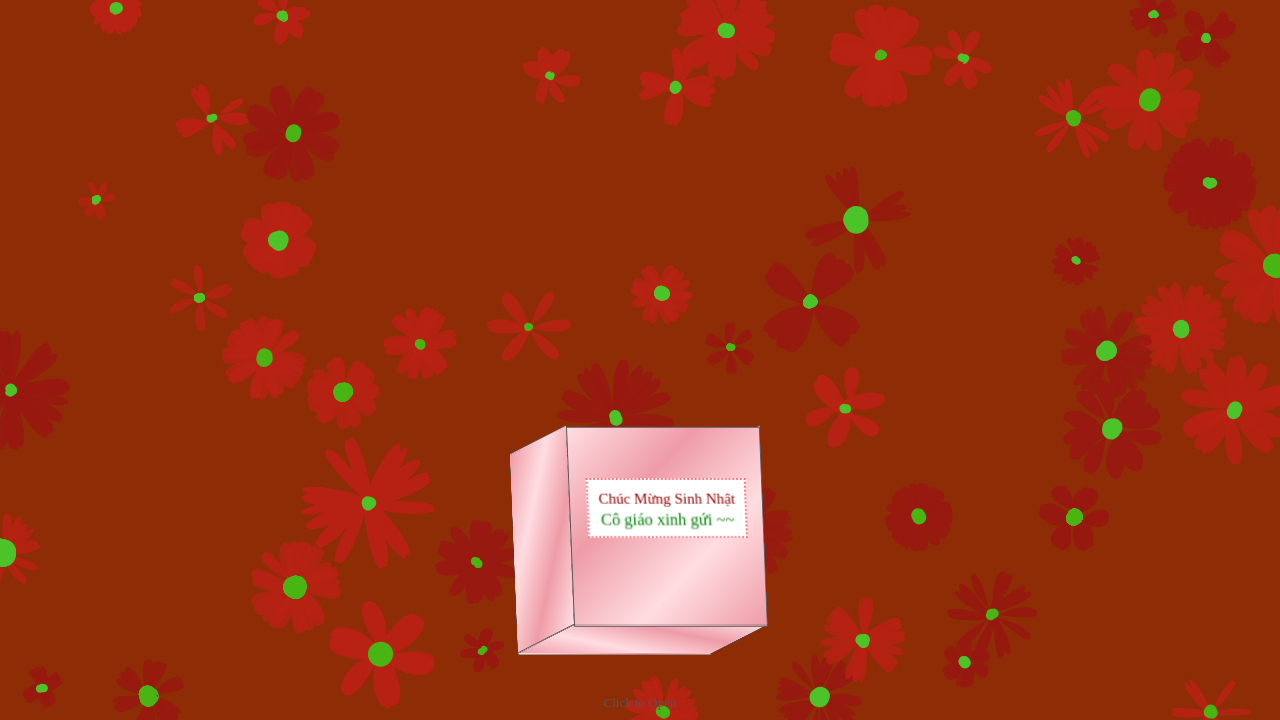
Repository: longhuu2204/click-me
Page: index.html
The author's editor kept a copy of each file at every save. The page is drawn from the files as they stood at one save, then again after the next save.
The browser window is 1280 px wide. The pictures show the whole page.

Above is the page before, as saved 2023-03-10 23:42:13.

### index.html
<html lang="en">
  <head>
    <meta charset="UTF-8" />
    <meta http-equiv="X-UA-Compatible" content="IE=edge" />
    <meta name="viewport" content="width=device-width, initial-scale=1.0" />
    <title>Document</title>
    <link rel="stylesheet" href="canvas.css" />
    <link rel="stylesheet" href="present.css" />
    <link rel="stylesheet" href="card.css" />
    <link rel="stylesheet" href="index.css" />
    <script src="jquery.js"></script>
  </head>
  <body>
    <div class="parent">
      <canvas id="canvas"></canvas>
      <section class="above-fold">
        <div class="wrap-present">
          <div class="present-box" id="present">
            <div class="present">
              <div class="img-wrap" id="present-image"></div>
            </div>
            <div class="side front"></div>
            <div class="side back"></div>
            <div class="side left"></div>
            <div class="side right"></div>
            <div class="side top">
              <span class="to">
                <span class="name" id="nametag"> </span>
              </span>
            </div>
            <div class="side bottom"></div>
          </div>
        </div>
        <p class="info-text">Click to Open</p>
      </section>

      <div id="card">
        <h4 class="title-card">💘little coder💘</h4>

        <img src="Nga3.jpeg" class="honey" />

        <h4 class="content-card">
          Happy Birthday Make A Wish. Dear brother, hope you receive everything
          you wish for this year. You deserve the best! Thanks for being such a
          great brother.💘
        </h4>
      </div>
    </div>
    <audio autoplay loop id="playAudio">
      <source src="nhacnen.mp3" />
    </audio>
  </body>
  <script src="config.js"></script>
  <script src="canvas.js"></script>
  <script src="present.js"></script>
  <script></script>
</html>

### present.css
html,
body {
  margin: 0;
}

.above-fold {
  height: 100vh;
  width: 100vw;
  padding: 0;
  margin: 0;
  perspective: 800px;
  perspective-origin: 50% 200px;
  display: flex;
  flex-wrap: wrap;
  position: relative;
}
.above-fold .info-text {
  width: 100%;
  display: block;
  text-align: center;
  margin: 0;
  padding: 0;
  color: #555;
  font-family: "Avenir";
  font-weight: 100;
  font-size: 13px;
  height: 25px;
  align-self: flex-end;
}

.wrap-present {
  width: 100%;
  display: flex;
  align-self: flex-end;
  position: absolute;
  transform: translate(0, -80px);
}

.present-box {
  transform-style: preserve-3d;
  width: 200px;
  height: 200px;
  margin: auto;
  -webkit-animation: rotate 11s alternate linear infinite;
  animation: rotate 11s alternate linear infinite;
  cursor: pointer;
}
.present-box:hover {
  -webkit-animation: staticFront 700ms ease forwards;
  animation: staticFront 700ms ease forwards;
}
.present-box.open {
  /*&>.side.top{
        opacity: .2;
    }*/
  -webkit-animation: zoomIn 1s ease-in forwards;
  animation: zoomIn 1s ease-in forwards;
  transform: rotateX(-103deg) rotateY(-180deg);
  transition: transform 400ms;
}
.present-box.open .present {
  pointer-events: auto;
  visibility: visible;
}
.present-box.open .present .img-wrap {
  opacity: 1;
  transition: transform 600ms 800ms, opacity 800ms 200ms;
  transform: translateZ(0px);
}
.present-box.open > .side {
  opacity: 0.3;
  transition: opacity 500ms 600ms;
}
.present-box.open > .side.back {
  opacity: 0.7;
  transform: translateZ(-101px) rotateY(180deg);
}
.present-box.open > .side.front {
  transition: transform 800ms 0s, opacity 500ms 600ms, width 600ms 600ms;
  transform: translateZ(100px) rotateY(190deg) translateX(0px);
  transform-origin: 0% 0%;
  opacity: 0.3;
  width: 0;
}

.present-box .present {
  position: absolute;
  width: 200px;
  height: 200px;
  z-index: 50;
  transform: rotateY(-180deg) rotateX(180deg) translateZ(-100px);
  display: flex;
  perspective: 600px;
  pointer-events: none;
  visibility: hidden;
}
.present-box .present > .img-wrap {
  width: 200px;
  align-self: center;
  transition: transform 400ms;
  opacity: 0;
  transform: translateZ(-80px);
}
.present-box .present > .img-wrap a {
  transition: transform 300ms;
  position: relative;
  display: block;
  transform: scale(0.94);
}
.present-box .present > .img-wrap a:hover {
  transform: scale(1);
}
.present-box .present > .img-wrap img {
  max-width: 95%;
  height: 95%;
  margin-top: 0.5%;
  margin-left: 1.75%;
}

.present-box > .side {
  width: 200px;
  height: 200px;
  position: absolute;
  display: block;
  border: #555 solid 1px;
  background: repeating-linear-gradient(
    45deg,
    #ee9ca7,
    #ffdde1,
    #ee9ca7,
    #ffdde1
  );
  top: 0;
  left: 0;
  transition: transform 400ms;
}
.present-box > .side.back {
  transform: translateZ(-100px) rotateY(180deg);
}
.present-box > .side.right {
  transform: rotateY(-270deg) translateX(100px);
  transform-origin: top right;
}
.present-box > .side.left {
  transform: rotateY(270deg) translateX(-100px);
  transform-origin: center left;
}
.present-box > .side.top {
  transform: rotateX(-90deg) translateY(-100px);
  transform-origin: top center;
  transform-style: preserve-3d;
  perspective: 100px;
  text-align: center;
}
.present-box > .side.top .to {
  display: inline-block;
  font-family: cursive;
  position: relative;
  padding: 10px 10px 30px 10px;
  border: 5px dotted #ff6666;
  border-width: 2px;
  background: #fff;
  margin: auto;
  transform: translateZ(-2px) translateY(50px);
}
.present-box > .side.top .to:after {
  content: attr(data-before);
  display: inline-block;
  transform: rotateY(180deg);
  color: #990000;
}
.present-box > .side.top .to .name {
  display: block;
  position: absolute;
  transform: translateY(20px) rotateY(180deg) translateX(10px);
  text-align: center;
  width: 100%;
  font-size: 1.1rem;
  color: green;
}
.present-box > .side.bottom {
  transform: rotateX(90deg) translateY(100px);
  transform-origin: bottom center;
}
.present-box > .side.front {
  transform: translateZ(100px);
}

@-webkit-keyframes rotate {
  100% {
    transform: rotateY(-360deg) rotateX(180deg);
  }
}

@keyframes rotate {
  100% {
    transform: rotateY(-360deg) rotateX(180deg);
  }
}
@-webkit-keyframes staticFront {
  100% {
    transform: rotateX(-100deg) rotateY(-180deg);
  }
}
@keyframes staticFront {
  100% {
    transform: rotateX(-100deg) rotateY(-180deg);
  }
}
@-webkit-keyframes zoomIn {
  50% {
    transform: rotateX(-143deg) rotateY(-180deg) translateZ(-15px);
  }
  100% {
    transform: rotateX(-167deg) rotateY(-180deg) translateZ(-15px) scale(1.2);
  }
}
@keyframes zoomIn {
  50% {
    transform: rotateX(-143deg) rotateY(-180deg) translateZ(-15px);
  }
  100% {
    transform: rotateX(-167deg) rotateY(-180deg) translateZ(-15px) scale(1.2);
  }
}

### card.css
#card {
  margin: 4%;
  position: absolute;
  height: auto;
  width: 350px;
  border-radius: 10px;
  background-color: white;
  background-image: url("https://image.freepik.com/free-vector/open-gift-box-with-heart-shape-confetti-burst-explosion-3d-valentines-day-romantic-gift_165143-438.jpg");
  background-size: 50vh, 70vh;
  box-shadow: 0px 0px 20px red;
  transform: rotate(5deg);
  top: 0px;
  opacity: 0;
  left: -200%;
}

.honey {
  margin: auto;
  padding: 5%;
  display: block;
  border-radius: 50%;
  box-shadow: 0 4px 8px 0 red;
  width: 100px;
  height: 100px;
  object-fit: cover;
}

h4 {
  text-align: center;
  -webkit-text-fill-color: rgba(0, 200, 200, 0.1);
  -webkit-background-clip: text;
  background-image: url("https://i.pinimg.com/originals/20/21/7f/20217f7fa2c9701b8128d8fb153a4db9.gif");
  font-family: "Allura", cursive;
  padding: -2%;
  font-size: 19px;
  overflow: hidden;
}

.card-show {
  opacity: 1 !important;
  left: 0 !important;
  transition: all 3s;
}

### config.js
const nameGirl = 'Cô giáo xinh gứi ~~';
const giftUrl = '';
const eventName = 'Chúc Mừng Sinh Nhật';
const titleCard = 'Tặng bạn Nga';
const contentCard = 'Chúc Nga sinh nhật tràn ngập niềm vui và những nụ cười. Mong mọi điều đẹp nhất sẽ đến với Nga trong hôm nay và cả mãi về sau ~~';

// phần dưới dành cho các bạn biết code, nếu muốn chỉnh ảnh đơn giản với base64
// Cần hỗ trợ hãy liên hệ:
// Mr-Nam http://facebook.com/nam.nodemy
// Các bạn muốn học lập trình thì tham gia Nhóm zalo tự học lập trình nhé: https://zalo.me/g/yhdkef092
const giftImage = 'Nga4.jpg';
const base64 = '';
const giftImageBase64 = "data:[embedded picture, 23 characters]" + base64;

### canvas.js
(function () {

    function playMusic(){
      var myAudio = document.getElementById('playAudio');
      if (myAudio.duration > 0 && !myAudio.paused) {
          //Its playing...do your job

      } else {
        myAudio.play()
        //Not playing...maybe paused, stopped or never played.

      }
    }

    //fields
    var canvas = document.getElementById("canvas");
    var body = document.getElementsByTagName("body")[0];
    var positions = []
    var ctx = canvas.getContext("2d");
    const MINPETAL = 5
    const MAXPETAL = 13
    var pistilC, petalC, pistilC2, petalC2

    /*Initialize flowers*/
    body.addEventListener("click",function(ev){
      drawFlowers()
      playMusic()
    })
    window.onload = drawFlowers
    window.onresize = drawFlowers


    /*Flower flunctions*/
    function drawFlowers() {
      scaleCanvas()
      //background color
      ctx.clearRect(0, 0, canvas.width, canvas.height)
      positions = []
      body.style.filter = chance(.12)?`grayscale(${getRandomInt(0,80)}%)`:""
      let mode = pick(["daisies", "multi", "quad", "roses", "crosshatch", "blueYellow", "greenRed"])
      let bg = new randomColor(minSat=50)
      if(mode=="daisies") bg.l = getRandomInt(0,50)
      canvas.style.backgroundColor = bg.hsl()

      //themes hsl=pistil color hsl2=petal color
      var colorz = {
      "daisies":{h2:12,s2:38,l2:97,h:45,s:92,l:52,vary:20,mix:false},
      "roses":{h:1,s:91,l:46,h2:1,s2:91,l2:30,vary:20,mix:true},
      "crosshatch":{h:1,s:91,l:46,vary:80,mix:true},/*only defines one varying pistil color*/
      "greenRed":{h:102,s:72,l:27,h2:348,s2:89,l2:42,vary:20,mix:false},
      "blueYellow":{h:45,s:99,l:50,h2:240,s2:67,l2:58,vary:10,mix:false},
      }
      //drawing options
      var opt = {
        mode:mode,
        spaceAround:chance(),
        allowLarge:chance(),
        padding:getRandomInt(1,4),
        innerDetails:chance(),
        petalIterations:4,
        minOpacity:getRandomFloat(.5,.9),
        invertColors: chance(.25)
      }

      //assign colors
      let colorOpt = colorz[mode]
      let colors =  getThemeColors(colorOpt) /*pistil color at index 0, petal color at index 1*/

      if(opt.invertColors){
        petalC = colors[0].hsl()
        pistilC = colors[1].hsl()
      } else {
        petalC = colors[1].hsl()
        pistilC = colors[0].hsl()
      }
      colors = getThemeColors(colorOpt)
      if(opt.invertColors){
        petalC2 = colors[0].hsl()
        pistilC2 = colors[1].hsl()
      } else {
        if(colorOpt&&colorOpt.mix){/*switching petals and pistil color*/
          petalC2 = colors[0].hsl()
          pistilC2 = colors[1].hsl()
        } else {
          petalC2 =colors[1].hsl()
          pistilC2 =colors[0].hsl()
        }
      }

      //draw the flowers
      let numFlower = mode=="multi"?getRandomInt(50,1000) : getRandomInt(40,250)
      for(let i=0; i<numFlower; i++){
        if(mode=="multi") {
          pistilC = new randomColor(minSat=50).hsl()
          petalC = new randomColor(minSat=50).hsl()
          pistilC2 = new randomColor(minSat=50).hsl()
          petalC2 = new randomColor(minSat=50).hsl()
        }
        drawFlower(opt)
      }
    }

    function drawFlower(opt) {

      let f = new Flower(opt);
      if(!f) return false;
      positions.push(new Point(f.x, f.y))
      ctx.save();
      ctx.globalAlpha = f.opacity
      ctx.lineWidth = f.lw;
      ctx.translate(f.x, f.y);
      ctx.rotate(f.rad);
      ctx.translate(-f.x, -f.y);

      ctx.fillStyle = chance()?petalC2:petalC
      ctx.strokeStyle = ctx.fillStyle

      //petals
      for (let i = 0; i < f.petals; i++) {
        ctx.translate(f.x, f.y);
        ctx.rotate((f.rotate * Math.PI) / 180);
        ctx.translate(-f.x, -f.y);
        ctx.beginPath();
        ctx.moveTo(f.x, f.y-f.shiftOut);

        for (let j = 0; j < opt.petalIterations; j++) {
          let sp1 = f.r*f.petalSpread1
          let len1 = f.r*f.petalLength1
          let sp2 = f.r*f.petalSpread2
          let len2 = f.r*f.petalLength2
          let endX = f.petalBase
          let endY = f.shiftOut
          ctx.translate(f.x, f.y);
          if(j%2==0){/*symmetric rotations for more symmetric petals, rando for some irregularity*/
             ctx.rotate((j*(360/opt.petalIterations) * Math.PI) / 180);
          } else {
             ctx.rotate((j*(getRandomInt(1,4)) * Math.PI) / 180);
          }

          ctx.translate(-f.x, -f.y);
          ctx.bezierCurveTo(f.x-sp1,/*control point #1 'upper left'*/
                            f.y-len1,
                            f.x+sp2,/*control point #2 'upper right'*/
                            f.y-len2,
                            f.x+endX,/*ending point*/
                            f.y-endY)
          if(opt.innerDetails) ctx.quadraticCurveTo(
                            f.x,/*control point*/
                            f.y+f.r,
                            f.x+getRandomInt(0,5),/*ending point*/
                            f.y)
        }

        ctx.fill();
        ctx.closePath();
        ctx.beginPath()

      }
      //pistil
       for (let j = 0; j < 3; j++) {
        ctx.arc(f.x+getRandomFloat(-2,2), f.y+getRandomFloat(-2,2), (f.r/f.centerDivisor), 0, 360)
       }

      ctx.strokeStyle = petalC;
      ctx.fillStyle = opt.mode!="crosshatch"&&opt.mode!="daisies" ? (chance()?pistilC2:pistilC) : pistilC;
      ctx.globalAlpha = 1;
      ctx.fill();
      ctx.restore();
    }

    function Flower(opt) {

      this.r = opt.allowLarge && chance(.05)? getRandomInt(50,150) : getRandomInt(20,50)
      this.x = getRandomInt(0, canvas.width)
      this.y = getRandomInt(0, canvas.height)

      if(opt.spaceAround&&positions.some(pos=>{
        let d =  distance(new Point(this.x,this.y), new Point(pos.x,pos.y))
        return d<this.r*opt.padding
      })) {
        return false;
      }

      this.lw = 4;
      this.angle = getRandomInt(0, 360)
      this.rad = (this.angle * Math.PI) / 180
      this.opacity = getRandomFloat(opt.minOpacity,1)
      this.petals = this.r <= 40 ? getRandomInt(3,9) : getRandomInt(MINPETAL,MAXPETAL)
      this.shiftOut = getRandomFloat(0,this.r/3)
      this.petalBase = getRandomInt(0,5);//getRandomInt(0,this.r<25?5:10)
      this.centerDivisor = getRandomFloat(3,9)
      this.petalSpread1 = getRandomFloat(.3,this.petals<=7?.7:.5)
      this.petalLength1 = getRandomFloat(.9,2)
      this.petalSpread2 = getRandomFloat(this.petalSpread1-.2,this.petalSpread1+.2);
      this.petalLength2 = getRandomFloat(.9,2)
      this.rotate = Math.floor(360/this.petals);
    }

    function getThemeColors(opt){
      let dPetal = new randomColor()
      let dPistil = new randomColor()
      if(!opt) return [dPistil, dPetal]
      if(opt.h) dPetal.h = opt.h + getRandomInt(-opt.vary,opt.vary)
      if(opt.s) dPetal.s = opt.s + getRandomInt(-opt.vary,opt.vary)
      if(opt.l) dPetal.l = opt.l + getRandomInt(-opt.vary,opt.vary)
      if(opt.h2) dPistil.h = opt.h2 + getRandomInt(-opt.vary,opt.vary)
      if(opt.s2) dPistil.s = opt.s2 + getRandomInt(-opt.vary,opt.vary)
      if(opt.l2) dPistil.l = opt.l2 + getRandomInt(-opt.vary,opt.vary)
      return [dPetal, dPistil]
    }


  /*utility*/
  function scaleCanvas(){
    var w = Math.max(document.documentElement.clientWidth, window.innerWidth);
    var h = Math.max(document.documentElement.clientHeight, window.innerHeight);
    console.log(`width:${w},height:${h}`)
    canvas.style.width = w + "px";
    canvas.style.height = h + "px";
    var scale = 1;//window.devicePixelRatio;

    canvas.width = Math.floor(w * scale);
    canvas.height = Math.floor(h * scale);
    ctx.scale(scale, scale);
  }
  function distance(p1, p2) {
    return Math.floor(Math.sqrt(Math.pow(p1.x-p2.x,2) + Math.pow(p1.y - p2.y,2)))
  }
  function randomColor(minSat = 0, maxSat=100, minBright=0, maxBright=100){
    this.h = getRandomInt(0,360)
    this.s = getRandomInt(minSat,maxSat)
    this.l = getRandomInt(minBright,maxBright)
    this.hsl = ()=>{return`hsl(${this.h},${this.s}%,${this.l}%)`};
  }
  function getRandomInt(min, max) {
    min = Math.ceil(min);
    max = Math.floor(max);
    return Math.floor(Math.random() * (max - min + 1)) + min;
  }
  function getRandomFloat(min, max) {
    return Math.random() * (max - min) + min;
  }
  function pick(arr) {
    return arr[Math.floor(Math.random() * arr.length)];
  }
  function chance(limit = 0.5) {
    return Math.random() < limit;
  }
  function Point(x,y) {
    this.x = x
    this.y = y
  }
  })("sweaverD.com");

### present.js

// Cần hỗ trợ hãy liên hệ:
// Mr-Nam http://facebook.com/nam.nodemy
// Các bạn muốn học lập trình thì tham gia Nhóm zalo tự học lập trình nhé: https://zalo.me/g/yhdkef092

var to = nameGirl;
var gift_url = giftUrl;
var gift_image_url = giftImage || giftImageBase64;

var nametag = document.getElementById("nametag");
var present = document.getElementById("present");
var presentImage = document.getElementById("present-image");

function init() {
  var graphElem = document.querySelector('.present-box > .side.top .to');
  graphElem.setAttribute('data-before', eventName);
  document.querySelector('#card .title-card').innerHTML = `💘${titleCard}💘`;
  document.querySelector('#card .content-card').innerHTML = `${contentCard}`;
  //document.querySelector('#card .honey').setAttribute('src', `${giftImage}`);

  var _giftLink,
      _giftImg;

  if (gift_url) {
    _giftLink = document.createElement("a");
    _giftLink.href = gift_url;
    _giftLink.target = "_blank";
    presentImage.appendChild(_giftLink);
  }

  if (gift_image_url) {
    _giftImg = document.createElement("img");
    _giftImg.src = gift_image_url;
    if(_giftLink) {
      _giftLink.appendChild(_giftImg);
    } else {
      presentImage.appendChild(_giftImg);
    }
  }

  present.addEventListener("click", function(e){
    present.classList.toggle("open");
    document.getElementById('card').classList.add('card-show');
  }, false);



  nametag.innerText = to;
}

init();

Loaded but not shown: canvas.css (common file); index.css (common file); jquery.js (library)

After the next save:
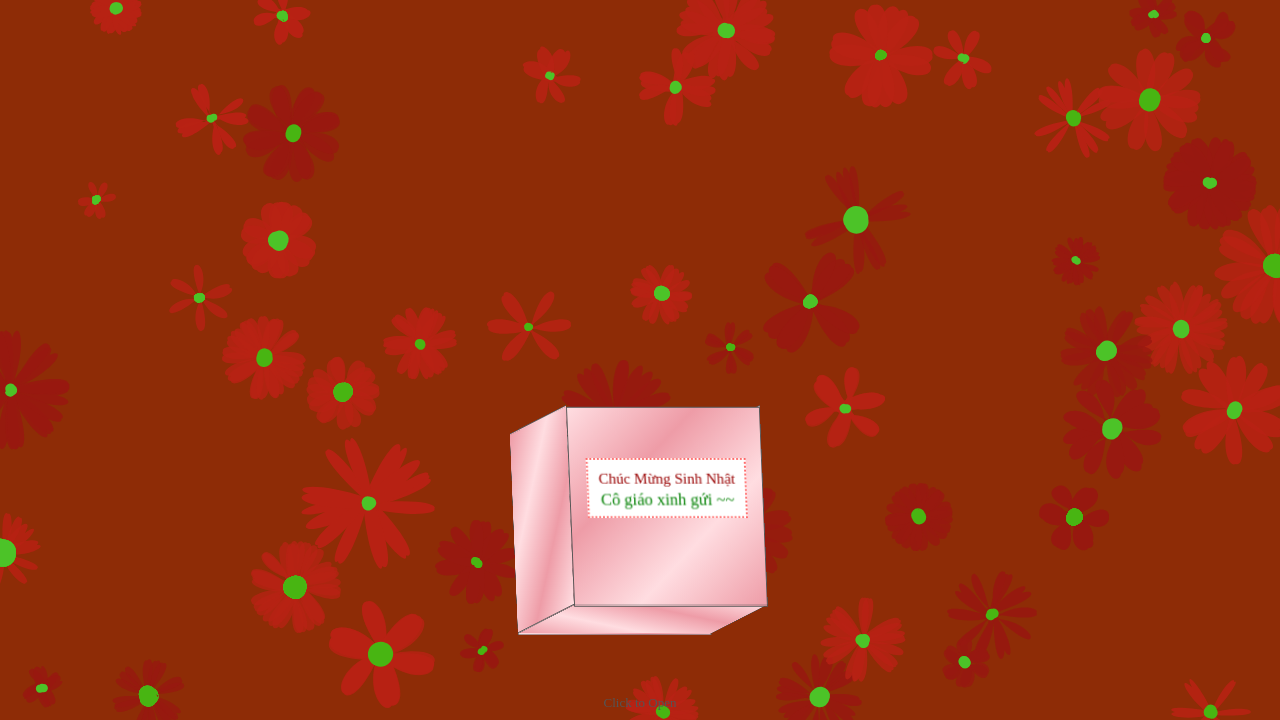
Saved 16 s later.
--- a/present.css
+++ b/present.css
@@ -33,7 +33,7 @@ body {
   display: flex;
   align-self: flex-end;
   position: absolute;
-  transform: translate(0, -80px);
+  transform: translate(0, -50%);
 }
 
 .present-box {
